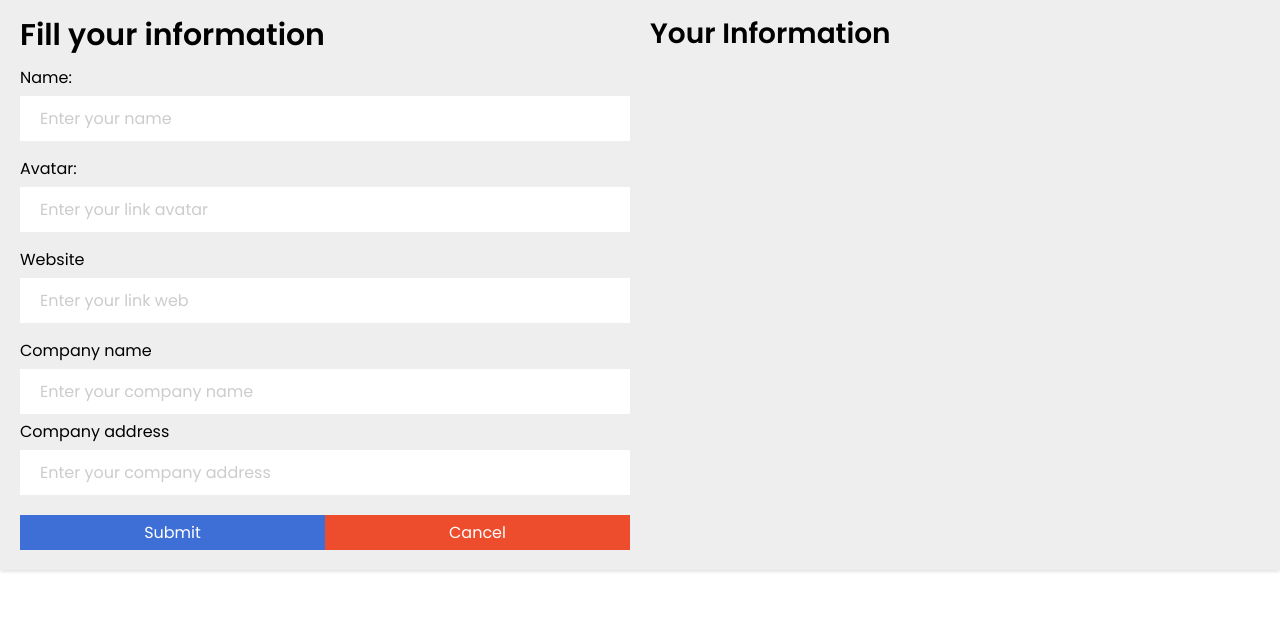
Repository: nttthao9/management
Page: index.html
The author's editor kept a copy of each file at every save. The page is drawn from the files as they stood at one save, then again after the next save.
The browser window is 1280 px wide. The pictures show the whole page.
The page's requests for data from a server got no answer. Some web libraries are served in a nearby version.

Above is the page before, as saved 2021-10-14 15:47:52.

### index.html
<!DOCTYPE html>
<html lang="en">

<head>
  <meta charset="UTF-8">
  <meta http-equiv="X-UA-Compatible" content="IE=edge">
  <meta name="viewport" content="width=device-width, initial-scale=1.0">
  <title>Promise</title>
  <link rel="preconnect" href="https://fonts.googleapis.com">
  <link rel="preconnect" href="https://fonts.gstatic.com" crossorigin>
  <link href="https://fonts.googleapis.com/css2?family=Poppins:wght@300;400;500;600&display=swap" rel="stylesheet">
  <link rel="stylesheet" href="https://cdnjs.cloudflare.com/ajax/libs/font-awesome/5.1.0-11/css/all.css"
    integrity="sha512-xO/VZFNBvip9IT+BD6Nq/pHdBvKeFcwygKqARlegjQ+5A68KsMSYrPbGP1oYow5ec9Tqq8peJXcn5J1bD4O00w=="
    crossorigin="anonymous" referrerpolicy="no-referrer" />
  <link rel="stylesheet" href="./style.css">
</head>

<body>
  <div class="container">
    <div class="fill-infor">
      <form action="" id="form" autocomplete="off">
        <h2 class="form-title">Fill your information</h2>
        <div class="fill fill-name">
          <label for="name">Name:</label>
          <input type="text" id="name" name="name" autocomplete="off" placeholder="Enter your name">
        </div>
        <div class="fill fill-avatar">
          <label for="avatar">Avatar:</label>
          <input type="text" id="avatar" name="avatar" placeholder="Enter your link avatar">
        </div>
        <div class="fill fill-link">
          <label for="link-web">Website</label>
          <input type="link-web" id="link-web" name="link-web" placeholder="Enter your link web">
        </div>
        <div class="fill fill-company">
          <label for="company">Company name</label>
          <input type="text" id="company-name" name="company-name" placeholder="Enter your company name">
          <label for="company">Company address</label>
          <input type="text" id="company-address" name="company-address" placeholder="Enter your company address">
        </div>
        <div class="fill-btn">
          <button type="submit" class=" btn btn-submit">Submit</button>
          <button type="submit" class=" btn update">Update</button>
          <button type="submit" class="btn btn-cancel">Cancel</button>
        </div>

      </form>
      <div class="manage">
        <h3 class="filled">Your Information</h3>
        <div class="manage-infor">


        </div>
      </div>
    </div>
  </div>
  <script src="./main.js"></script>
</body>

</html>

### style.css
html {
  box-sizing: border-box;
  font-size: 62.5%;
}
* {
  margin: 0;
  padding: 0;
}
*,
*:before,
*:after {
  box-sizing: border-box;
}
input,
textarea,
select,
button {
  outline: none;
}
input {
  line-height: normal;
}
label,
button {
  cursor: pointer;
}
a {
  text-decoration: none;
}
img {
  display: block;
  max-width: 100%;
}
body {
  font-family: 'Poppins', sans-serif;
  line-height: 1;
  font-size: 1.6rem;
}
.container {
  padding: 2rem;
  background-color: #eee;
  box-shadow: rgba(0, 0, 0, 0.16) 0px 1px 4px;
}
.btn {
  padding: 5px 1rem;
  border: 0;
  font-size: 1.3rem;
  font-family: 'Poppins', sans-serif;
  cursor: pointer;
  transition: all 0.25s linear;
  width: 10rem;
}
.btn:hover {
  color: #333;
}
.fill-infor {
  display: flex;
  justify-content: space-between;
}
.image {
  width: 50%;
}
img {
  width: 100%;
}
#form {
  width: 50%;
}
.form-title {
  font-size: 3rem;
  margin-bottom: 2rem;
}
.fill {
  margin-bottom: 2rem;
}
.fill-btn {
  display: flex;
  justify-content: space-between;
}
label,
input {
  display: block;
}
label {
  margin-bottom: 1rem;
}
input {
  width: 100%;
  padding: 1rem 2rem;
  border: 0;
  font-size: 1.6rem;
  font-family: 'Poppins', sans-serif;
  color: #333;
}
input::-webkit-input-placeholder {
  color: #ccc;
}
input::-moz-placeholder {
  color: #ccc;
}
input:-ms-input-placeholder {
  color: #ccc;
}
input::-ms-input-placeholder {
  color: #ccc;
}
input::placeholder {
  color: #ccc;
}
.btn-submit {
  width: 100%;
  font-size: 1.6rem;
  background-color: #3e6fd7;
  color: white;
}
.btn-cancel {
  font-size: 1.6rem;
  background-color: #ee4d2d;
  width: 100%;
  color: white;
}
.manage {
  width: 50%;
  margin-left: 2rem;
}
.infor-item {
  display: flex;
  /* justify-content: space-between; */
  align-items: center;
}
.infor-desc {
  margin: 0 2rem;
}
.infor-desc span {
  display: block;
  margin: 1rem 0;
}
.button {
  margin-left: auto;
}
.filled {
  font-size: 2.8rem;
  margin-bottom: 2rem;
}
.your-image {
  width: 20%;
  /* height: 5rem; */
}

.btn-update {
  background-color: #ffd839;
  margin-bottom: 1rem;
}
.btn-delete {
  background-color: #d62037;
}
.update {
  display: none;
  background-color: #0870b8;
  width: 100%;
  font-size: 1.6rem;
  color: white;
}
.manage-infor {
  overflow-y: scroll;
}
#company-name {
  margin-bottom: 1rem;
}

### main.js
const api = 'https://5fa3d0d9f10026001618df85.mockapi.io/users';
const manageInfor = document.querySelector('.manage-infor');
const inputName = document.querySelector('#name');
const inputAvatar = document.querySelector('#avatar');
const inputLinkWeb = document.querySelector('#link-web');
const inputcompanyName = document.querySelector('#company-name');
const inputcompanyAddress = document.querySelector('#company-address');
const btnSubmit = document.querySelector('.btn-submit');
const updateBtn = document.querySelector('.update');
const btnCancel = document.querySelector('.btn-cancel');

let createData = {};
let company = {};
let listItems = [];
inputName.addEventListener('change', () => {
  createData.name = inputName.value;
});
inputAvatar.addEventListener('change', () => {
  createData.avatar = inputAvatar.value;
});
inputLinkWeb.addEventListener('change', () => {
  createData.website = inputLinkWeb.value;
});
inputcompanyName.addEventListener('change', () => {
  company.name = inputcompanyName.value;
});
inputcompanyAddress.addEventListener('change', () => {
  company.adress = inputcompanyAddress.value;
  createData.company = company;
});
btnSubmit.addEventListener('click', (e) => {
  updateBtn.style.display = 'none';
  e.preventDefault();
  postData(createData).then(() => getData());
});
btnCancel.addEventListener('click', (e) => {
  e.preventDefault();
  inputName.value = '';
  inputAvatar.value = '';
  inputLinkWeb.value = '';
  inputcompanyAddress.value = '';
  inputcompanyName.value = '';
});
const getData = async () => {
  const res = await fetch(api);
  items = await res.json();
  listItems = [...items];
  renderUser(listItems);
};

getData(api);

const postData = async (createData) => {
  const res = await fetch(api, {
    method: 'POST',
    headers: {
      'Content-Type': 'application/json',
    },
    body: JSON.stringify(createData),
  });
  alert('you added a new item!');
  return res.json();
};

function renderUser(data) {
  let inforItem = data.map((item) => {
    return ` <div class="infor-item">
    <div class="your-image">
      <img src="${item.avatar}" alt="" class="image">
    </div>
    <div class="infor-desc">
      <span class="name">${item.name}</span>
      <span class="website">${item.website}</span>
      <span class="company-name">${item.company.name}</span>
      <span class="company-address">${item.company.adress}</span>
    </div>
    <div class="button">
      <button type="submit" class="btn btn-update" data-update = "${item.id}">
        <i class="fas fa-pencil-alt"></i>Update</button>
      <button type="submit" class=" btn btn-delete" data-delete="${item.id}"><i class="fas fa-eraser"></i>Delete</button>
    </div>
  </div>`;
  });
  manageInfor.innerHTML = inforItem.join('');
  const btnUpdate = document.querySelectorAll('.btn-update');
  const btnDelete = document.querySelectorAll('.btn-delete');
  btnDelete.forEach((item) => item.addEventListener('click', handleDelete));
  btnUpdate.forEach((item) => item.addEventListener('click', handleUpDate));
}

function handleDelete(e) {
  const id = e.target.dataset.delete;
  fetch(`${api}/${id}`, {
    method: 'DELETE',
  })
    .then((res) => res.json())
    .then(() => getData());
}

function handleUpDate(e) {
  updateBtn.style.display = 'block';
  btnSubmit.style.display = 'none';
  const id = e.target.dataset.update;
  const itemParent = e.target.parentNode.parentNode;
  inputName.value = itemParent.querySelector('.name').textContent;
  inputAvatar.value = itemParent.querySelector('.image').src;
  inputLinkWeb.value = itemParent.querySelector('.website').textContent;
  inputcompanyName.value =
    itemParent.querySelector('.company-name').textContent;
  inputcompanyAddress.value =
    itemParent.querySelector('.company-address').textContent;
  updateBtn.addEventListener('click', (e) => {
    e.preventDefault();
    fetch(`${api}/${id}`, {
      method: 'PUT',
      headers: {
        'Content-Type': 'application/json',
      },
      body: JSON.stringify({
        name: inputName.value,
        avatar: inputAvatar.value,
        website: inputLinkWeb.value,
        company: {
          name: inputcompanyName.value,
          adress: inputcompanyAddress.value,
        },
      }),
    })
      .then((res) => res.json())
      .then(() => getData());
    inputName.value = '';
    inputAvatar.value = '';
    inputLinkWeb.value = '';
    inputcompanyName.value = '';
    inputcompanyAddress.value = '';
    updateBtn.style.display = 'none';
    btnSubmit.style.display = 'block';
  });
  console.log('hello');
}

After the next save:
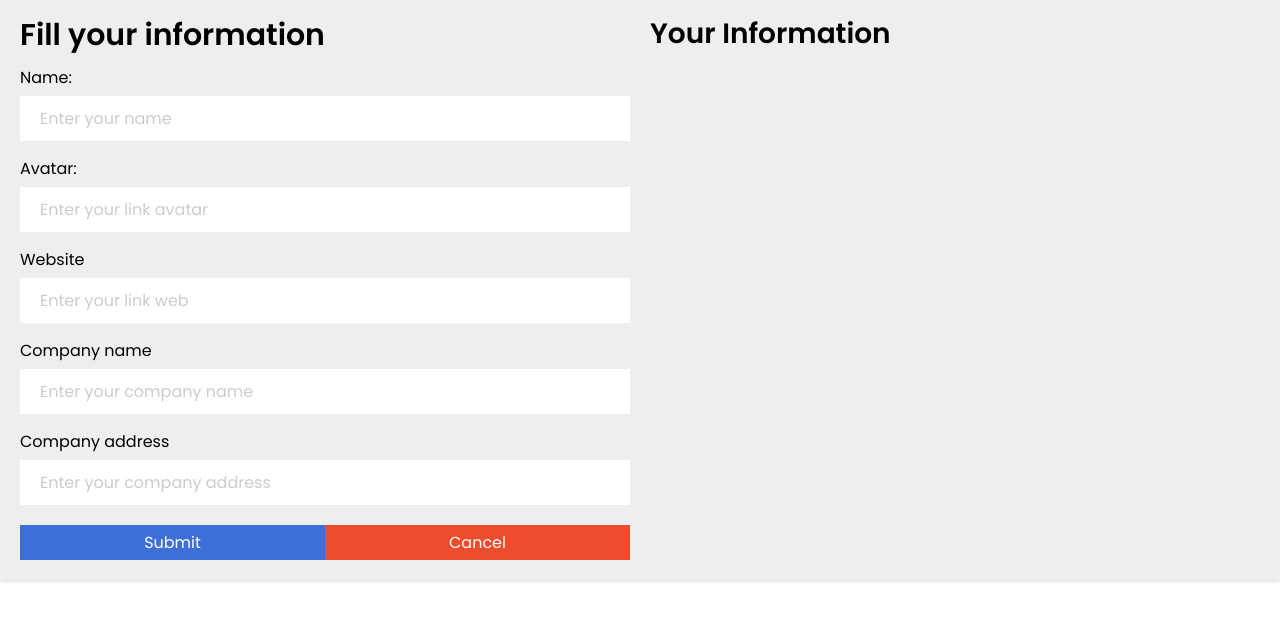
Saved 31 s later.
--- a/style.css
+++ b/style.css
@@ -165,5 +165,5 @@ input::placeholder {
   overflow-y: scroll;
 }
 #company-name {
-  margin-bottom: 1rem;
+  margin-bottom: 2rem;
 }
